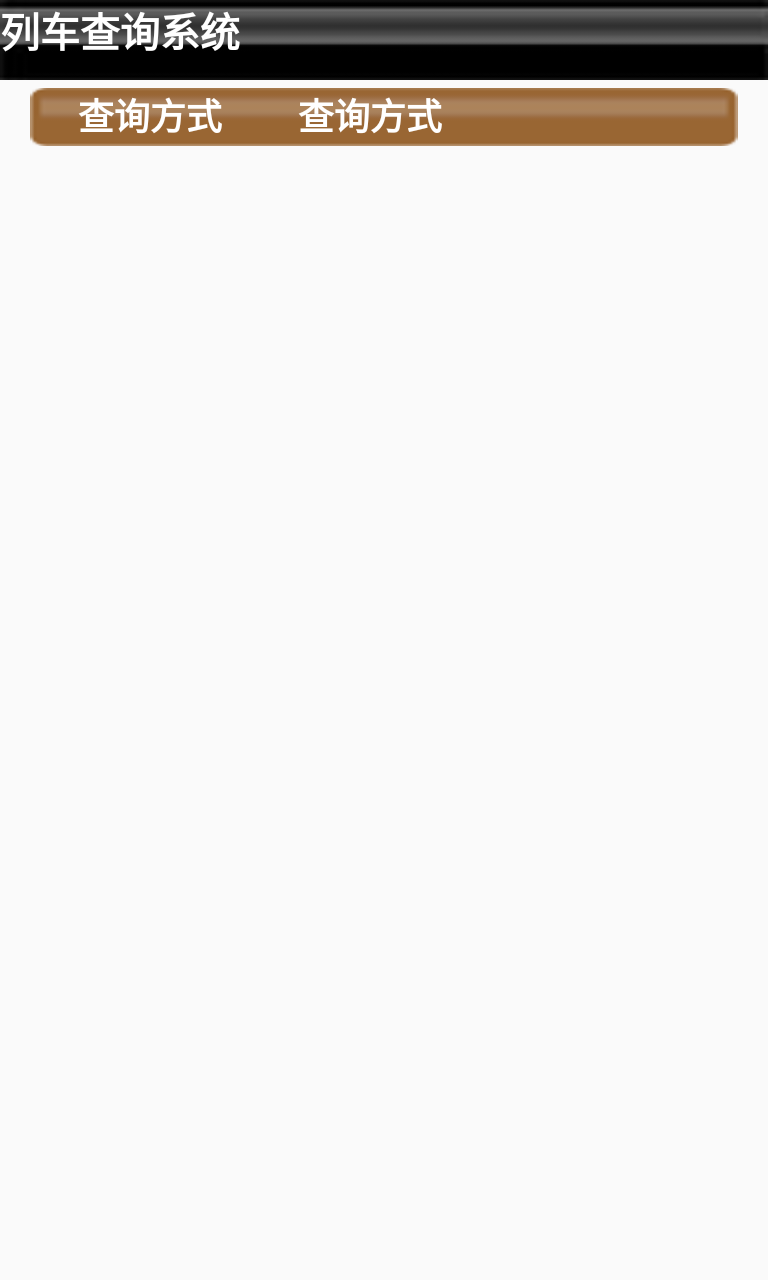
Repository: gogolaile/CoolWeather
Layout: Train_Qurey/res/layout/activity_main.xml
An editor plug-in stored every save of this project. The layout is shown before and after the next save, followed by the edit.
It is drawn on a 768 x 1280 px phone screen (xhdpi) without system bars, with theme AppTheme; the app's code is not run.

Above is the layout before, as saved 2015-11-28 07:12:36.

After the next save:
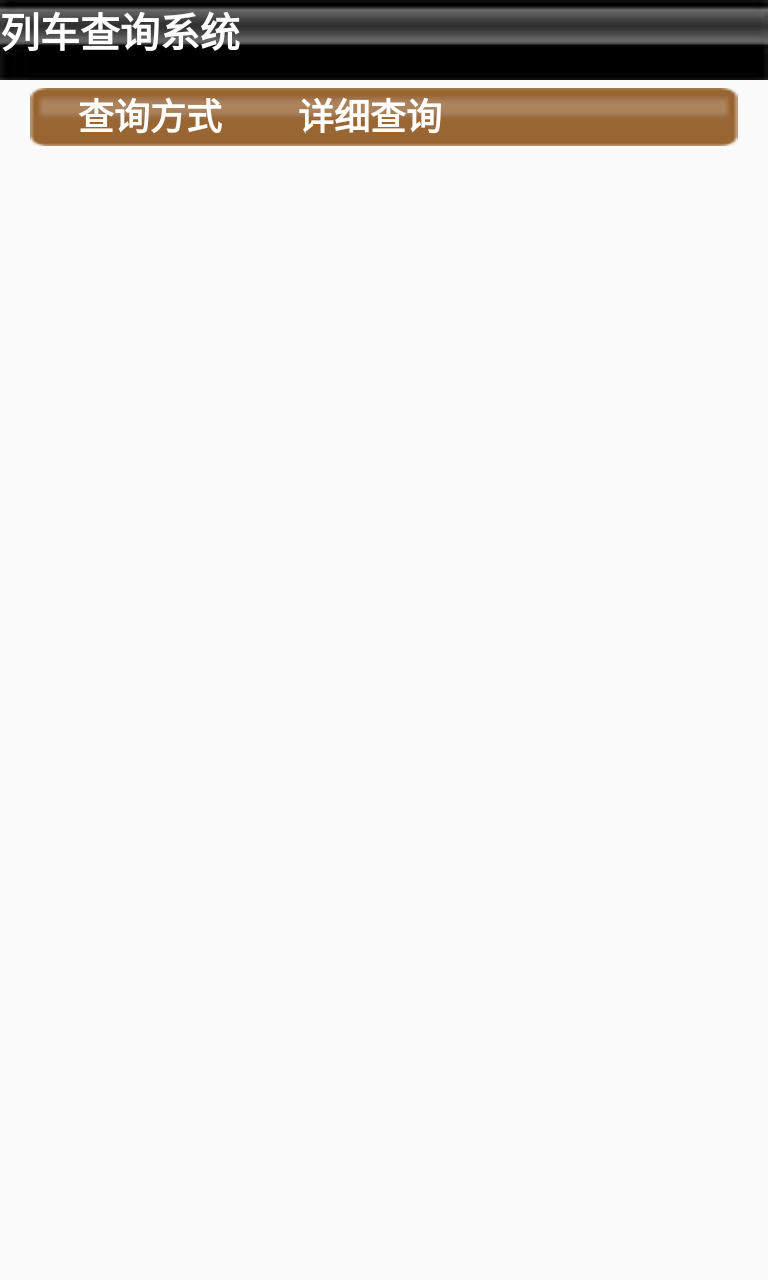
Saved 50 s later.
--- a/Train_Qurey/res/layout/activity_main.xml
+++ b/Train_Qurey/res/layout/activity_main.xml
@@ -37,7 +37,7 @@
    <TextView
        android:layout_width="100dip"
        android:layout_height="wrap_content"
-       android:text="@string/the_query_way"
+       android:text="@string/detailed_query"
        android:textSize="18sp"
        android:textStyle="bold"
        android:textColor="#FFFFFF"
